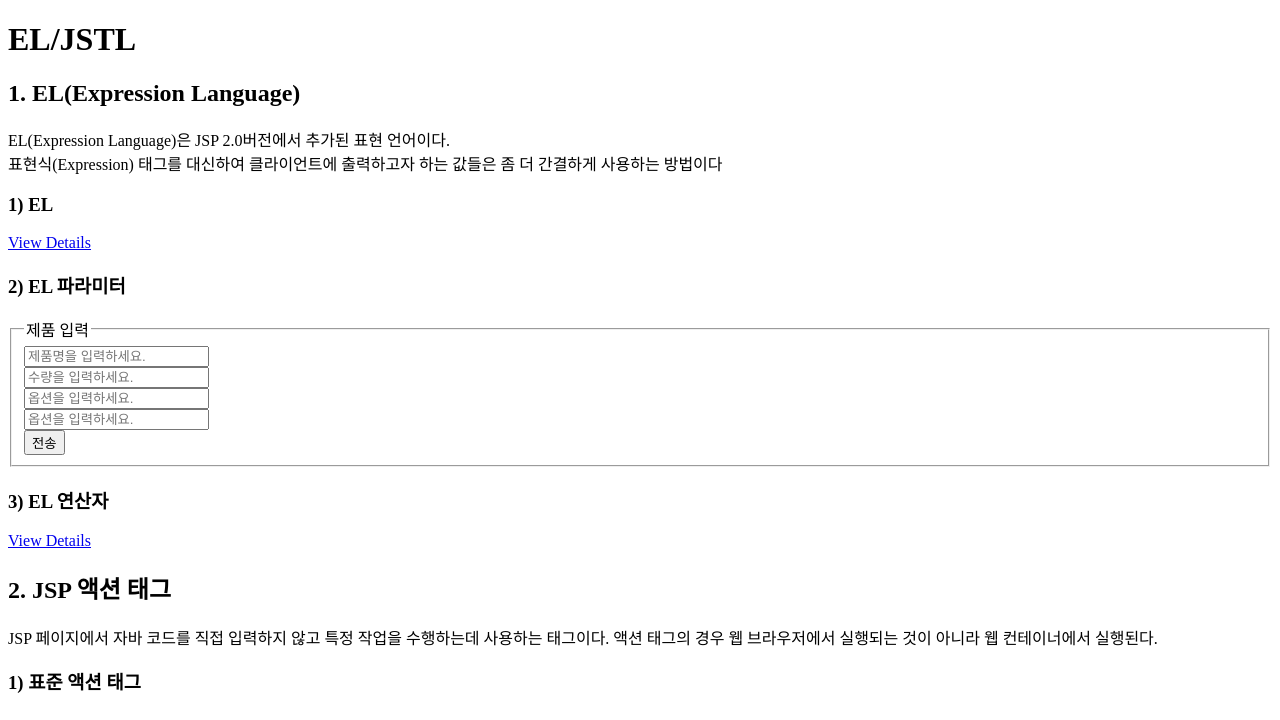
Repository: Parknogyung/Backend
Page: http://localhost/03_EL_JSTL/
An editor plug-in stored every save of this project. The page is shown before and after the next save, followed by the edit.
The browser window is 1280 px wide. The pictures show the whole page.
The page is served by Tomcat 9. Other server files are loaded and not shown.

Above is the page before, as saved 2022-07-13 00:27:05.

### 03_EL_JSTL/src/main/webapp/index.jsp
<%@ page language="java" contentType="text/html; charset=UTF-8"
    pageEncoding="UTF-8"%>
<!DOCTYPE html>
<html>
<head>
<meta charset="UTF-8">
<title>EL/JSTL</title>
</head>
<body>
	<h1>EL/JSTL</h1>

	<h2>1. EL(Expression Language)</h2>
	<p>
		EL(Expression Language)은 JSP 2.0버전에서 추가된 표현 언어이다. <br>
		표현식(Expression) 태그를 대신하여 클라이언트에 출력하고자 하는 값들은 좀 더 간결하게 사용하는 방법이다
	</p>

	<h3>1) EL</h3>

	<a href="el.do">View Details</a>

	<h3>2) EL 파라미터</h3>
	<form action="${ pageContext.request.contextPath }/views/el/elParam.jsp" method="GET">
		<fieldset>
			<legend>제품 입력</legend>
			<input type="text" name="pName" placeholder="제품명을 입력하세요."> <br>
			<input type="number" name="pCount" placeholder="수량을 입력하세요."> <br>
			<input type="text" name="option" placeholder="옵션을 입력하세요."> <br>
			<input type="text" name="option" placeholder="옵션을 입력하세요."> <br>

			<input type="submit" value="전송">
		</fieldset>
	</form>

	<h3>3) EL 연산자</h3>
	<a href="${ pageContext.request.contextPath }/views/el/elOperators.jsp">View Details</a>

	<h2>2. JSP 액션 태그</h2>
	<p>
		JSP 페이지에서 자바 코드를 직접 입력하지 않고 특정 작업을 수행하는데 사용하는 태그이다.
		액션 태그의 경우 웹 브라우저에서 실행되는 것이 아니라 웹 컨테이너에서 실행된다.
	</p>

	<h3>1) 표준 액션 태그</h3>
	<p>
	</p>



</body>
</html>

After the next save:
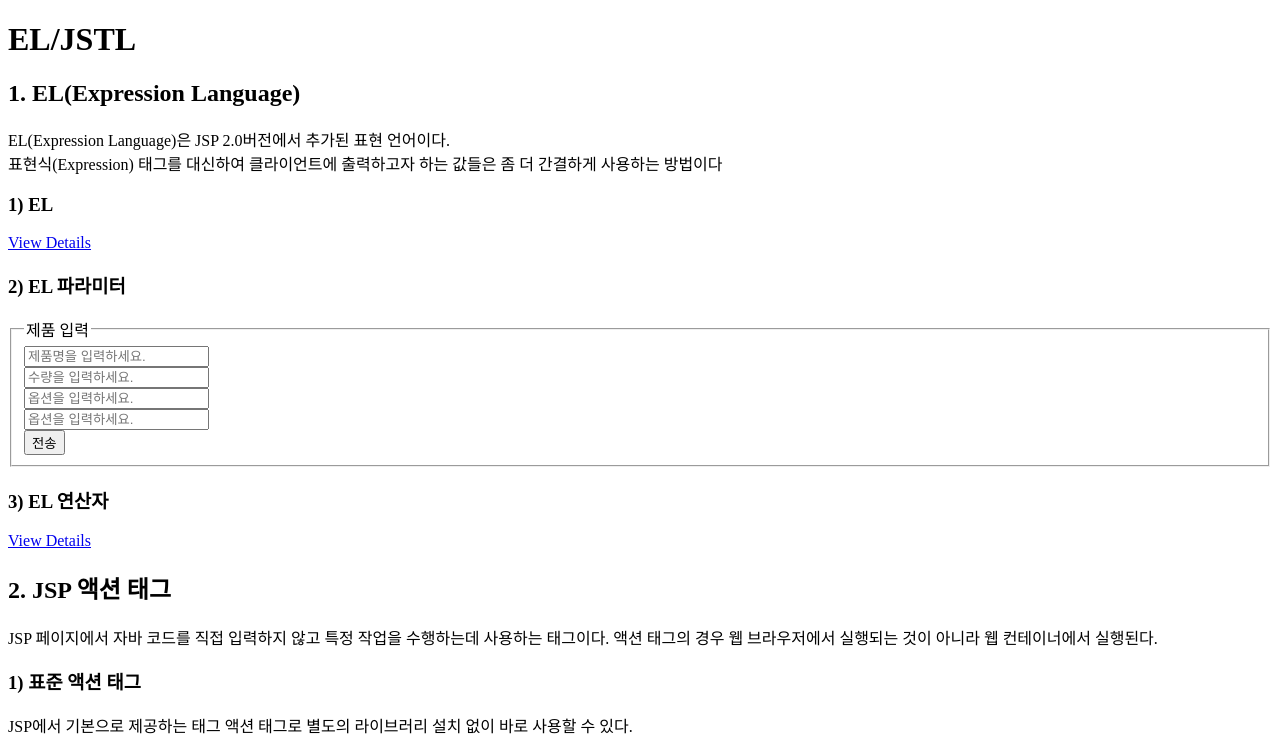
Saved 21 s later.
--- a/03_EL_JSTL/src/main/webapp/index.jsp
+++ b/03_EL_JSTL/src/main/webapp/index.jsp
@@ -43,6 +43,7 @@
 
 	<h3>1) 표준 액션 태그</h3>
 	<p>
+		JSP에서 기본으로 제공하는 태그 액션 태그로 별도의 라이브러리 설치 없이 바로 사용할 수 있다.
 	</p>
 
 
